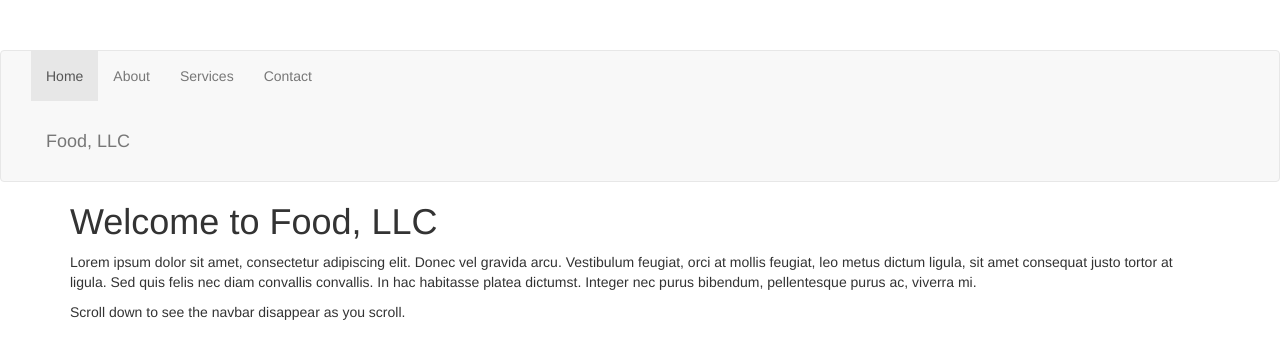
Repository: imen-chabchoub/coursera-test1
Page: mod3-solution/index.html
The author's editor kept a copy of each file at every save. The page is drawn from the files as they stood at one save, then again after the next save.
The browser window is 1280 px wide. The pictures show the whole page.

Above is the page before, as saved 2025-02-12 14:22:35.

After the next save:
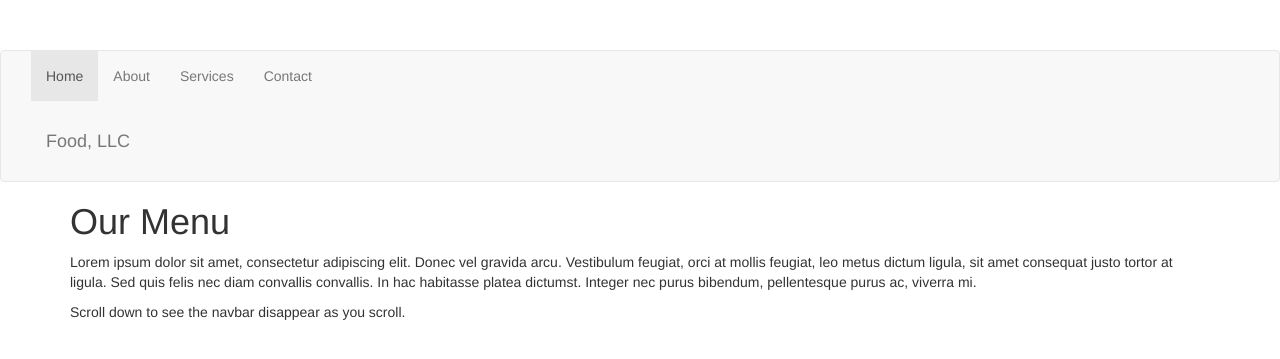
Saved 29 s later.
--- a/mod3-solution/index.html
+++ b/mod3-solution/index.html
@@ -38,7 +38,7 @@
 
     <!-- Content -->
     <div class="container">
-        <h1>Welcome to Food, LLC</h1>
+        <h1>Our Menu</h1>
         <p>Lorem ipsum dolor sit amet, consectetur adipiscing elit. Donec vel gravida arcu. Vestibulum feugiat, orci at mollis feugiat, leo metus dictum ligula, sit amet consequat justo tortor at ligula. Sed quis felis nec diam convallis convallis. In hac habitasse platea dictumst. Integer nec purus bibendum, pellentesque purus ac, viverra mi.</p>
         <p>Scroll down to see the navbar disappear as you scroll.</p>
     </div>
